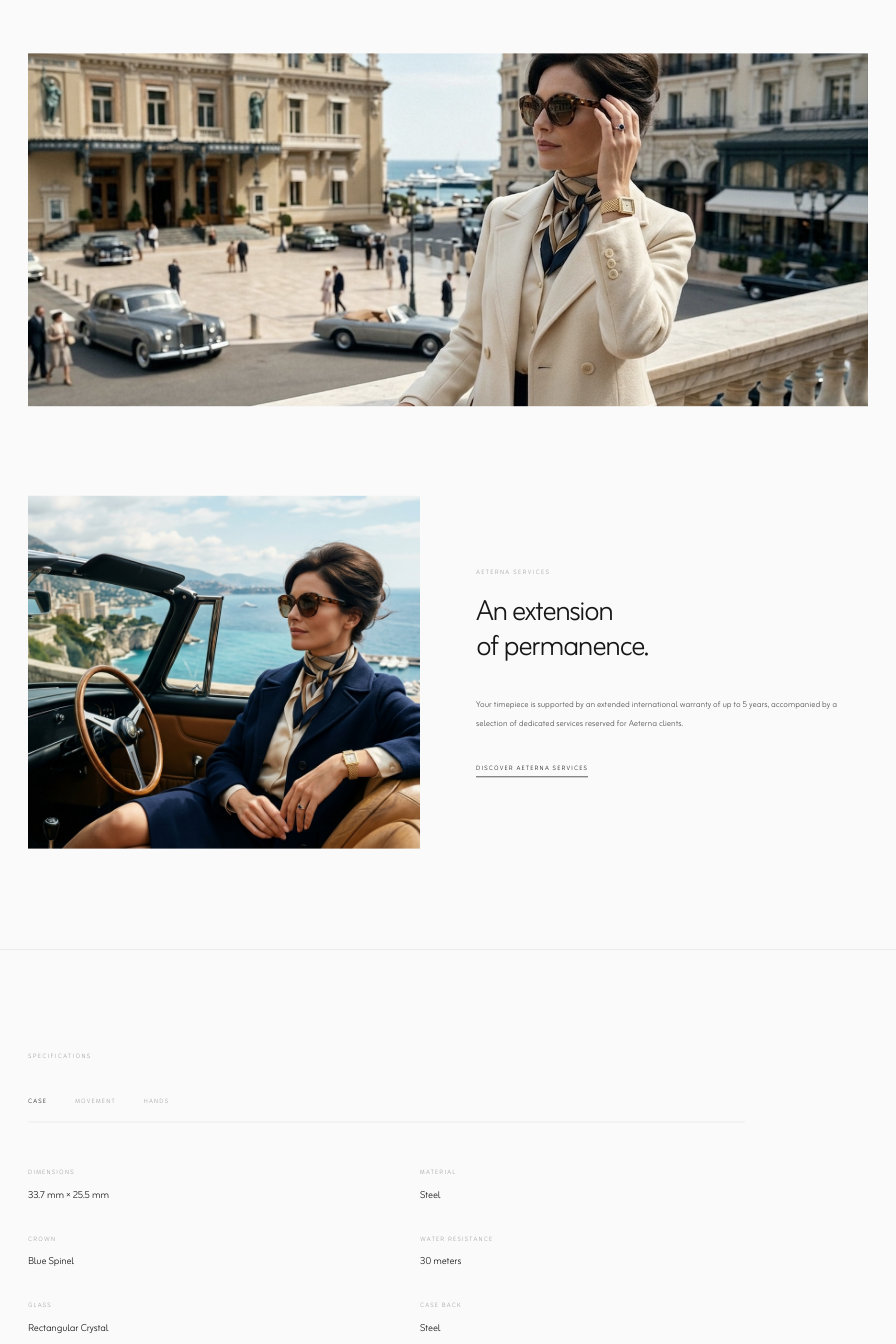
Repository: Lucienne-Studio/aeterna
Page: /pr
These files come from the project's save history. The page is drawn as it stood at one moment and after a run of saves; the edit follows.
The browser window is 1280 px wide. The pictures show the part of the page from y = 2255 to 4175 px (the page is 5309 px tall), at 70% of full size.
The project was rebuilt for these pictures with package versions that can differ from the ones it lists, and the page was loaded fresh each time. The framework's server and built-in components were replaced by stand-ins that run in the browser. Also part of the build but not shown: next.config.js, components/ui/Lightbox.tsx.

Above is the page before, as saved 2026-05-24 09:44:49.

After the next 2 saves:
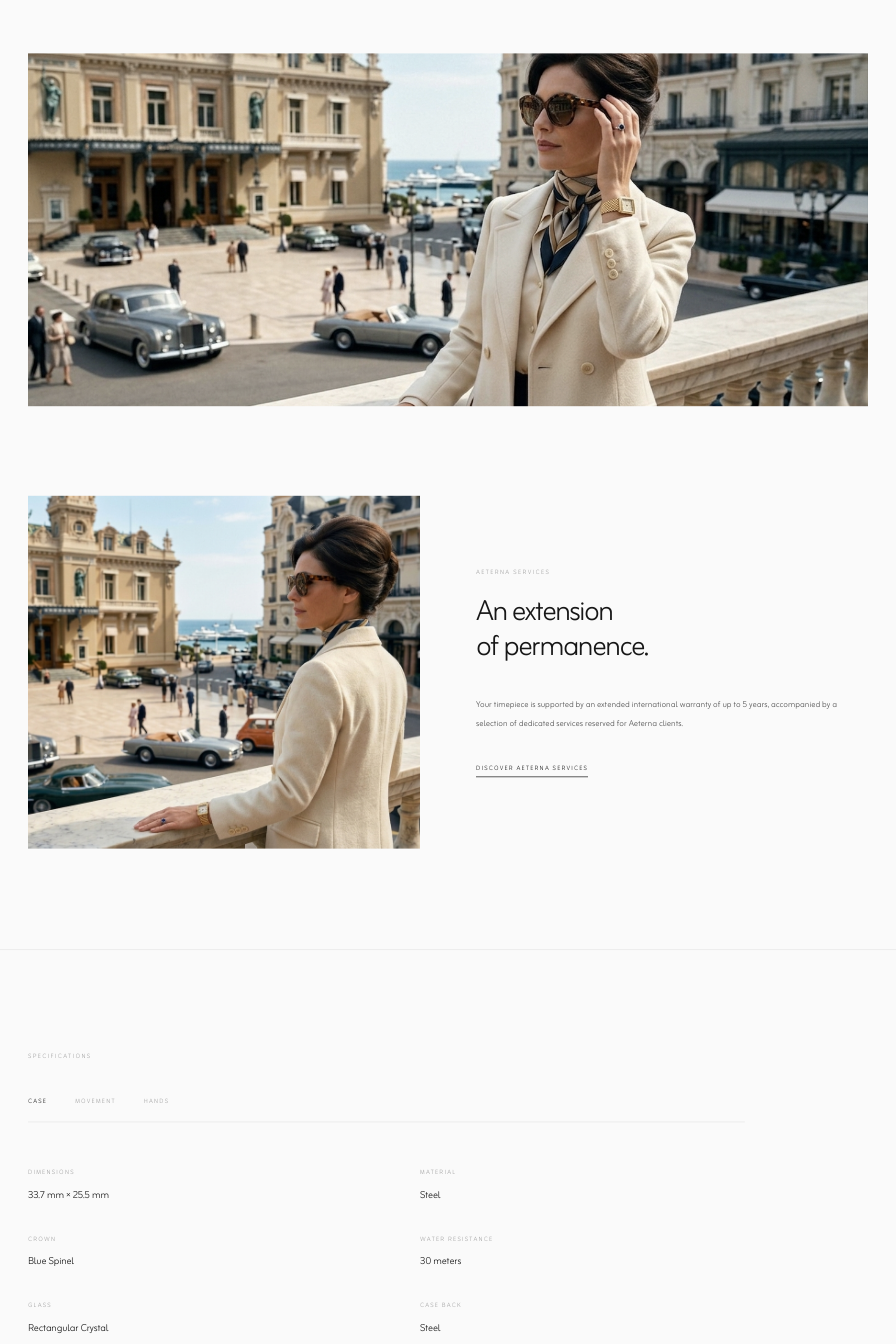
The 2 saves are shown as one change because they came seconds apart.
The last was saved 4 h 57 min later.
--- a/components/Tank.tsx
+++ b/components/Tank.tsx
@@ -668,7 +668,7 @@ const Tank = () => {
           "
         >
           <Image
-            src="/imgs/landing.png"
+            src="/imgs/6.png"
             alt=""
             width={1000}
             height={1200}
